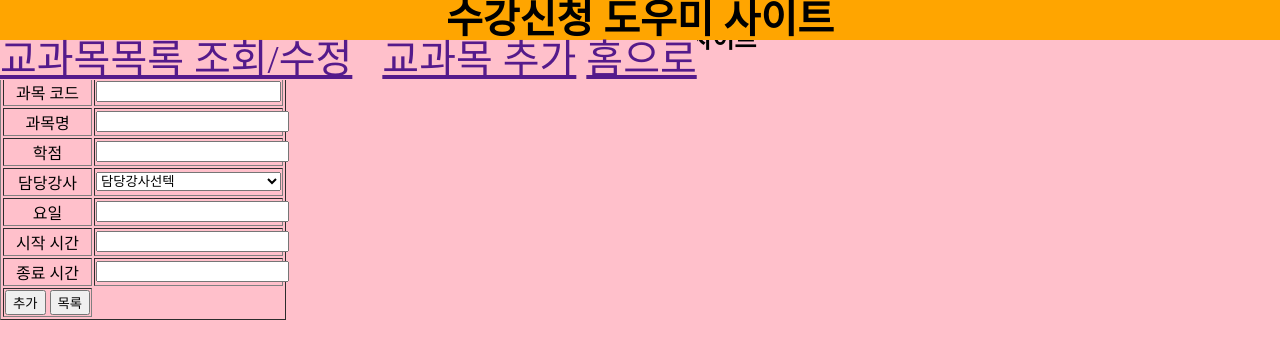
Repository: minjun223/EIP_Study
Page: http://localhost/HRD_2201/insert.jsp
The author's editor kept a copy of each file at every save. The page is drawn from the files as they stood at one save, then again after the next save.
The browser window is 1280 px wide. The pictures show the whole page.
The page is served by Tomcat 9.

Above is the page before, as saved 2023-02-11 11:13:34.

After the next save:
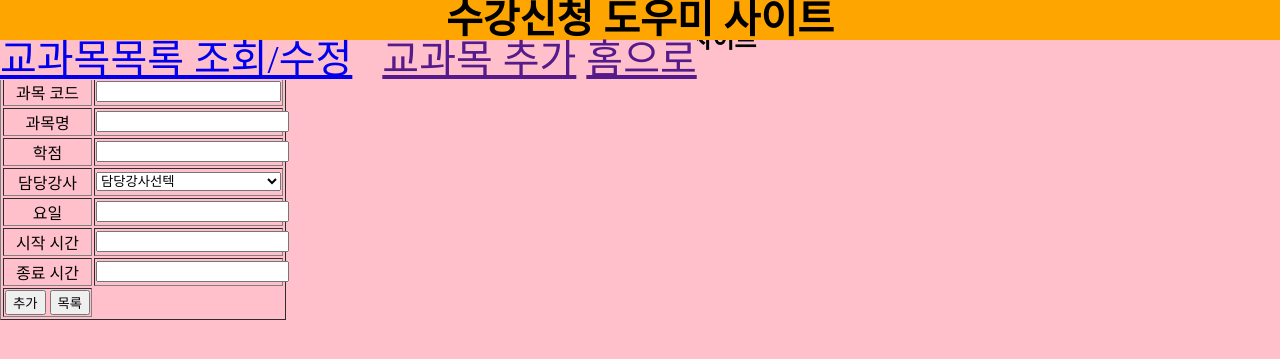
Saved 13 s later.
--- a/수강신청/HRD_2201/src/main/webapp/header.jsp
+++ b/수강신청/HRD_2201/src/main/webapp/header.jsp
@@ -10,7 +10,7 @@
 <header style="position:fixed; top:0px; height:40px; line-height:40px; left:0px; width:100%; background-color:orange; text-align:center; font-size:40px">
 <b>수강신청 도우미 사이트</b>
 <nav style="position:fixed; top:40px; height:40px; line-heignt:40px; left:0px; pedding-left:20px; background-color:pink">
-	<a href="">교과목목록 조회/수정</a>&nbsp;&nbsp;
+	<a href="insert.jsp">교과목목록 조회/수정</a>&nbsp;&nbsp;
 	<a href="">교과목 추가</a>
 	<a href="">홈으로</a>
 </nav>
